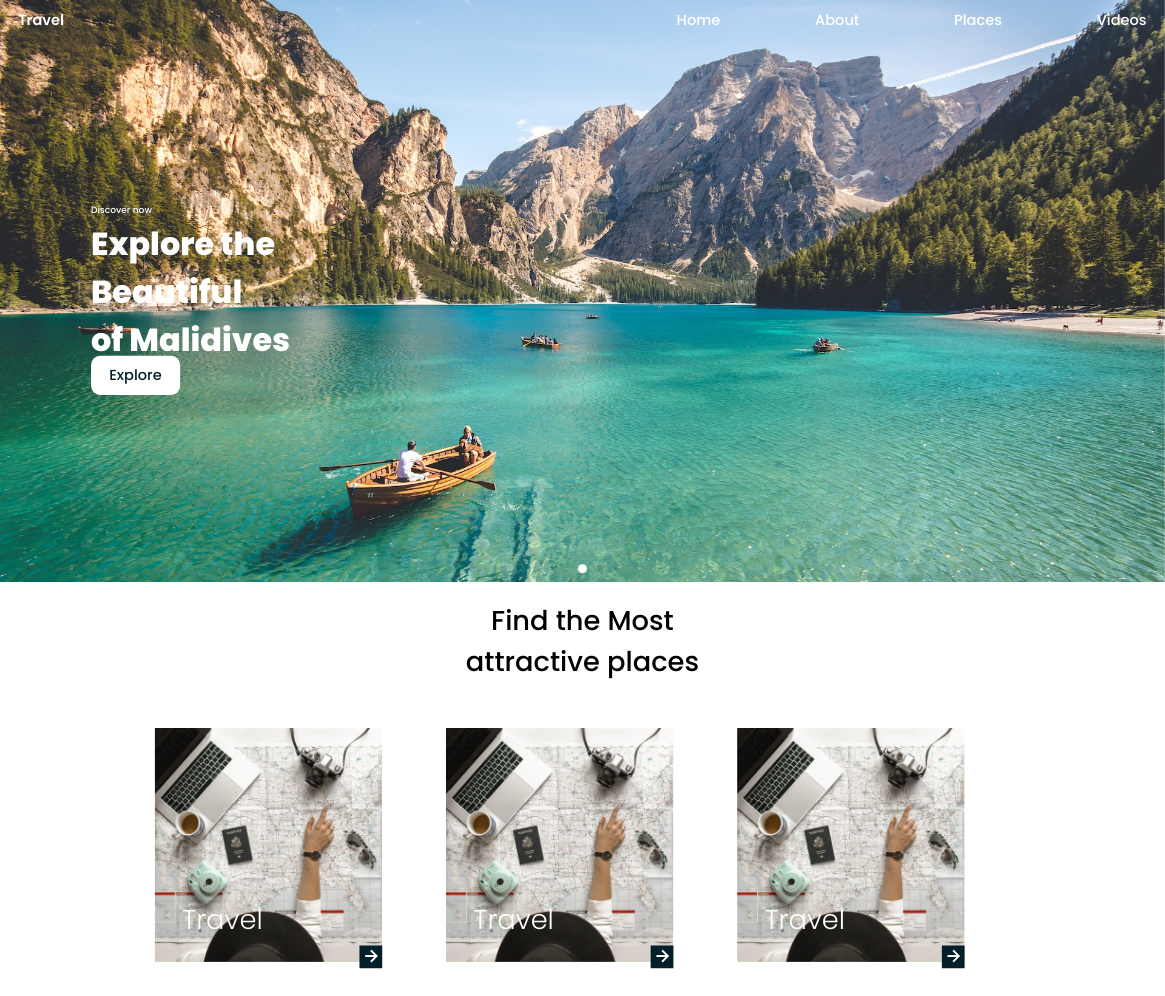
Repository: OmniaRafat232111121/Traveling
Page: index.html
An editor plug-in stored every save of this project. The page is shown before and after the next save, followed by the edit.
The browser window is 1280 px wide. The pictures show the whole page, at 91% of full size.

Above is the page before, as saved 2022-12-20 11:34:11.

### index.html
<!DOCTYPE html>
<html lang="en">
<head>
    <meta charset="UTF-8">
    <meta http-equiv="X-UA-Compatible" content="IE=edge">
    <meta name="viewport" content="width=device-width, initial-scale=1.0">
    <title>Travel Css</title>
    <link rel="stylesheet" href="css/style.css">
    <!--swiper-->
       <link
  rel="stylesheet"
  href="https://cdn.jsdelivr.net/npm/swiper@8/swiper-bundle.min.css"
/>
<!--Box icon-->
 <link rel="stylesheet"
  href="https://cdn.jsdelivr.net/npm/boxicons@latest/css/boxicons.min.css">
</head>
<body>
    <!--navbar start-->
    <header class="header">
        <div class="logo">
        <a href="index.html" >Travel</a>
        </div>
        <div class="'bx bx-menu" id="menu-icon"></div>
        <nav>
            <ul>
                <li><a href="index.html">Home</a></li>
                <li><a href="#about">About</a></li>
                <li><a href="#places">Places</a></li>
                <li><a href="#viedo">Videos</a></li>
            </ul>
        </nav>

    </header>
   <!--navbar end-->
   <!--home start-->
   <section class="home swiper" id="home">
   <div class="swiper-wrapper">
        <div class="swiper-slide container">
            <img src="./imgs/travel1.jpg" alt="travel"/>
            <div class="home-text">
                <span>Discover now</span>
                <h1>Explore the <br>Beautiful<br> of Malidives</h1>
                <a href="#" class="btn"> Explore</a>
            </div>
        </div>

        <div class="swiper-slide container">
            <img src="./imgs/dessert.jpg" alt="travel"/>\
            <div class="home-text">
                <span>Discover now</span>
                <h1>Explore the <br>Beautiful<br> of Malidives</h1>
                <a href="#" class="btn"> Explore</a>
            </div>
        </div>
        <div class="swiper-slide container">
            <img src="./imgs/travel3.jpg" alt="travel"/>
            <div class="home-text">
                <span>Discover now</span>
                <h1>Explore the <br>Beautiful<br> of Malidives</h1>
                <a href="#" class="btn"> Explore</a>
            </div>
        </div>

      </div>
    <div class="swiper-pagination"></div>
   </section>
   <!--home end-->

   <!--places start-->
   <section class="places" id="places">
    <div class="heading">
        <h1>Find the Most <br>attractive places</h1>
        <div class="places-container">
            <div class="box">
                <div class="place-image">
                   <img  src="./imgs/p1.jpg" alt="image" />
                </div>
                <div class="place-heading">
                    <h2>Travel</h2>
                </div>
                <i class='bx bx-right-arrow-alt place-icon'></i>

            </div>
            <div class="box">
                <div class="place-image">
                   <img  src="./imgs/p1.jpg" alt="image" />
                </div>
                <div class="place-heading">
                    <h2>Travel</h2>
                </div>
                <i class='bx bx-right-arrow-alt place-icon'></i>

            </div>
            <div class="box">
                <div class="place-image">
                   <img  src="./imgs/p1.jpg" alt="image" />
                </div>
                <div class="place-heading">
                    <h2>Travel</h2>
                </div>
                <i class='bx bx-right-arrow-alt place-icon'></i>

            </div>

        </div>

    </div>

   </section>

   <!--places ends-->
<!--swiper-->
<script src="https://cdn.jsdelivr.net/npm/swiper@8/swiper-bundle.min.js"></script>
<!--custom js-->
<script src="main.js"></script>
</body>
</html>

### css/style.css
@import url('https://fonts.googleapis.com/css2?family=Be+Vietnam+Pro:wght@100&family=Inter:wght@100;300;400;500;600&family=Montserrat:wght@400;700&family=Nunito:ital,wght@0,200;0,300;1,200&family=Open+Sans:ital,wght@0,300;0,600;0,700;1,300&family=Poppins:ital,wght@0,200;0,300;0,500;0,600;0,800;0,900;1,100;1,200;1,300;1,500&family=Work+Sans:ital,wght@0,100;0,200;0,400;0,500;1,200;1,300&display=swap');
*{
    padding:0;
    margin:0;
    box-sizing: border-box;
    font-family: Poppins,'sans-serif';
    scroll-behavior: smooth;
}
:root{
    --text-color:#021f2a;
    --bf-color:#fff;
}
li{
    list-style: none;
}
a{
    text-decoration: none;
}
header{

    position:fixed;
    width:100%;
    top:0;
    left:0;
    right:0;
    display:flex;
    align-items: center;
    justify-content: space-between;
    padding:10px 20px;
     transition: 0.3s;
     z-index:20000;
}
nav ul li{
    display:inline-block;
    margin-left: 100px;

}
nav ul li a{
    color:#fff;
}
.logo a{
    font-size: 1rem;
    font-weight: 600;
    color:var(--bf-color)
}
nav ul li {
    position: relative;
}
nav ul li a::after{
    content:" ";
    width:0%;
    height:2px;
    background-color:#fff;
    position: absolute;
    bottom: -3px;
    left:0;
    transition: 0.3s;

}
nav ul li a:hover::after{
 width:50px;
}
#menu-icon{
    display:none;
    cursor: pointer;
    z-index:10001;

}
.container{
    position:relative;
    width:100%;
    min-height:640px ;
    display: flex;
    align-items: center;
}
.container img{
    position: absolute;
    width:100%;
    height:100%;
    object-fit: cover;
}
.swiper-pagination-bullet{
padding:5px;
 background:var(--bf-color);
}
/* .swiper-pagination-bullet-active{
    background:var(--bf-color);
} */
span.swiper-pagination-bullet.swiper-pagination-bullet-active.swiper-pagination-bullet-active-main {
    background: #fff;
}
.home-text{
    z-index:20001;
    padding:0px 100px;
}
.home-text span{
    color:#fff;
    font-size: 10px;
}
.home-text h1{
    font-weight: 700;
    font-size: 35px;
    color:#fff;
}
.home-text h1:hover{
    color:var(--text-color);
    transition: 0.3s linear;
}
.btn{
    background-color: var(--bf-color);
    color:var(--text-color);
    padding:10px 20px;
    border-radius: 10px;
    margin-top: 70px;
    font-weight: 500;
}
.btn:hover{
    color: var(--bf-color);
    background-color:var(--text-color);
}

.heading{
    text-align: center;
}
.heading h1{
    font-weight: 500;
    padding:20px;
    font-size: 30px;
}
.places-container{
    display:grid;
    grid-template-columns: repeat(auto-fill,minmax(300px,auto));
    gap:20px;
    padding:30px;
    justify-content: center;
}
.places-container .box{
    position:relative;
}
.box .place-image{
    width:250px;
    overflow: hidden;
}
.places-container .box .place-image img{
    width:100%;
    height:100%;
}
 .box .place-image img:hover{
    transform: scale(1.1);
    transition: 0.3s;
}
.place-heading {
position:absolute;
bottom:30px;
}
.place-heading h2{
    font-weight: 300;
    font-size: 30px;
    color:var(--bf-color);
    margin-left:30px;

}
.place-icon{
    position:absolute;
    bottom:0px;
    right:50px;
    color:var(--bf-color);
    background-color: var(--text-color);
    font-size: 25px;
    cursor: pointer;
}

### main.js
//swiper
var swiper = new Swiper(".home", {
       loop: true,
       grabCursor:true,
       pagination: {
          el: ".swiper-pagination",
          dynamicBullets: true,
        },
});

After the next save:
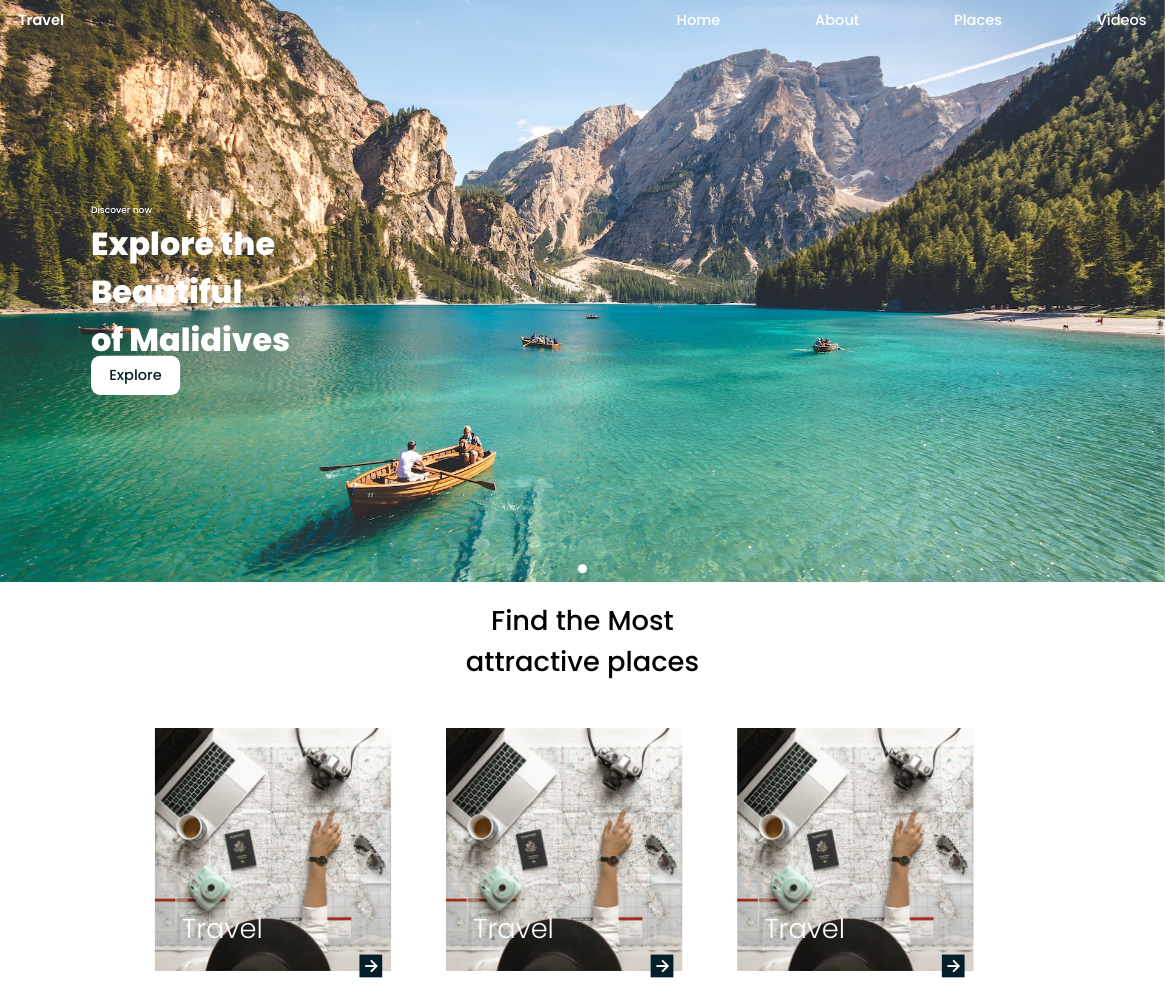
Saved 41 s later.
--- a/css/style.css
+++ b/css/style.css
@@ -138,7 +138,7 @@
     position:relative;
 }
 .box .place-image{
-    width:250px;
+    width:260px;
     overflow: hidden;
 }
 .places-container .box .place-image img{

After the save that followed:
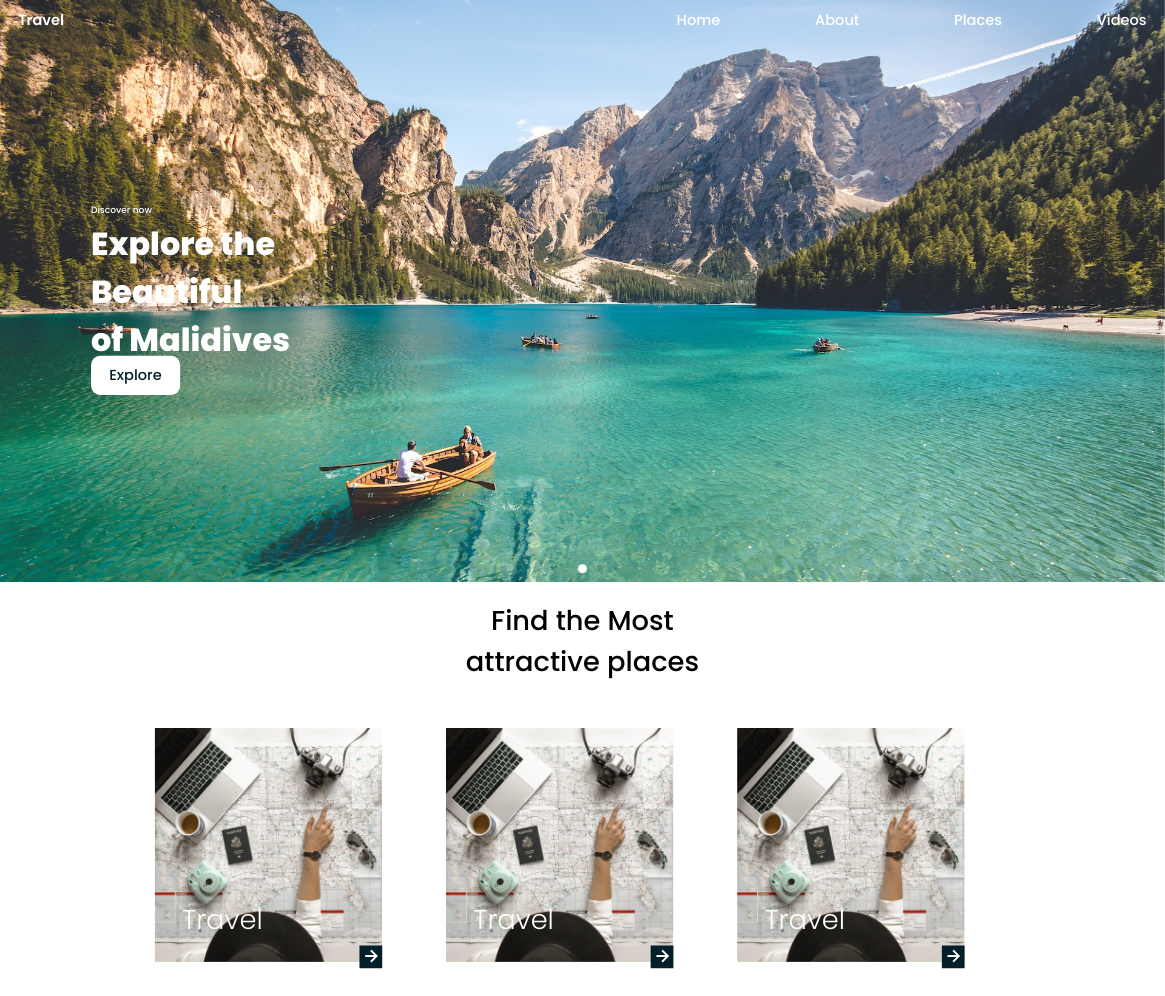
Saved 9 s later.
--- a/css/style.css
+++ b/css/style.css
@@ -138,7 +138,7 @@
     position:relative;
 }
 .box .place-image{
-    width:260px;
+    width:250px;
     overflow: hidden;
 }
 .places-container .box .place-image img{
